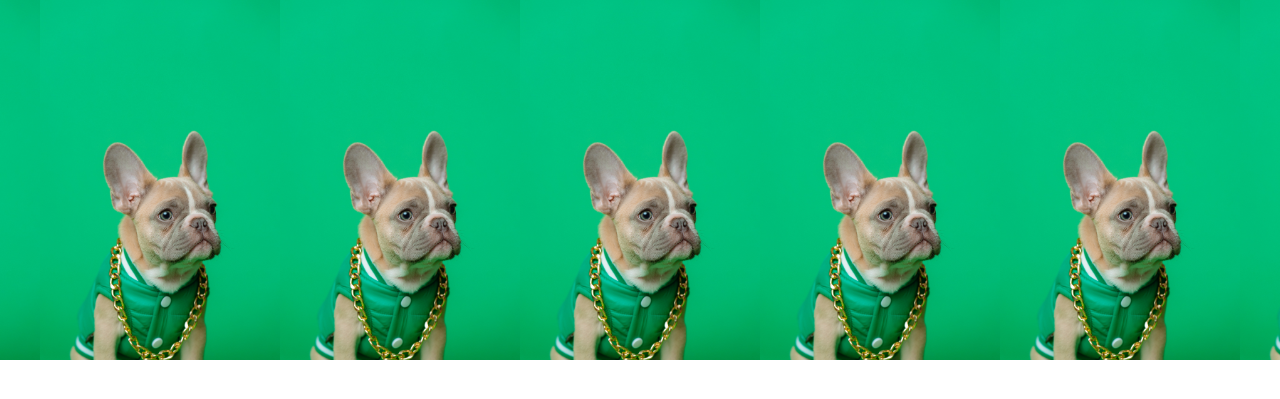
Repository: EmmanuelOyiti/Frontend_class
Page: Frontend class/index.html
An editor plug-in stored every save of this project. The page is shown before and after the next save, followed by the edit.
The browser window is 1280 px wide. The pictures show the whole page.

Above is the page before, as saved 2023-09-26 20:56:01.

### Frontend class/index.html
<!DOCTYPE html>
<html lang="en">
<head>
    <meta charset="utf-8"/>
    <title> Learning css</title>
    <link href="index.css" rel="stylesheet">
</head>
<body>

    <main id="main">

    </main>

</body>
</html>

### Frontend class/index.css
body {
    margin: 0;
}

#main {
    height: 50dvh;
    background-image: url('dog.jpg');

    background-position: center;
    background-repeat: repeat;
    background-size: contain;
}

After the next save:
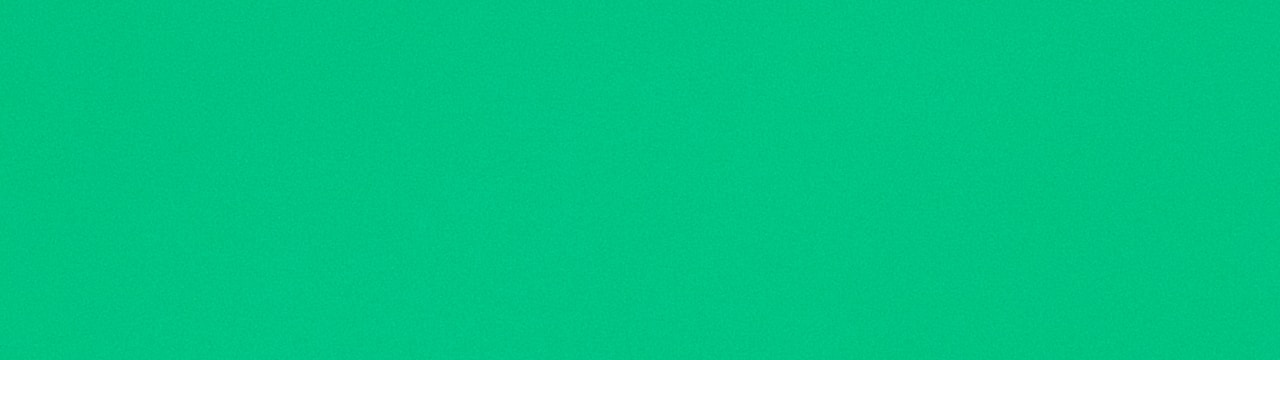
Saved 20 s later.
--- a/Frontend class/index.css
+++ b/Frontend class/index.css
@@ -6,7 +6,7 @@
     height: 50dvh;
     background-image: url('dog.jpg');
 
-    background-position: center;
+    /* background-position: center;
     background-repeat: repeat;
-    background-size: contain;
+    background-size: contain; */
 }
